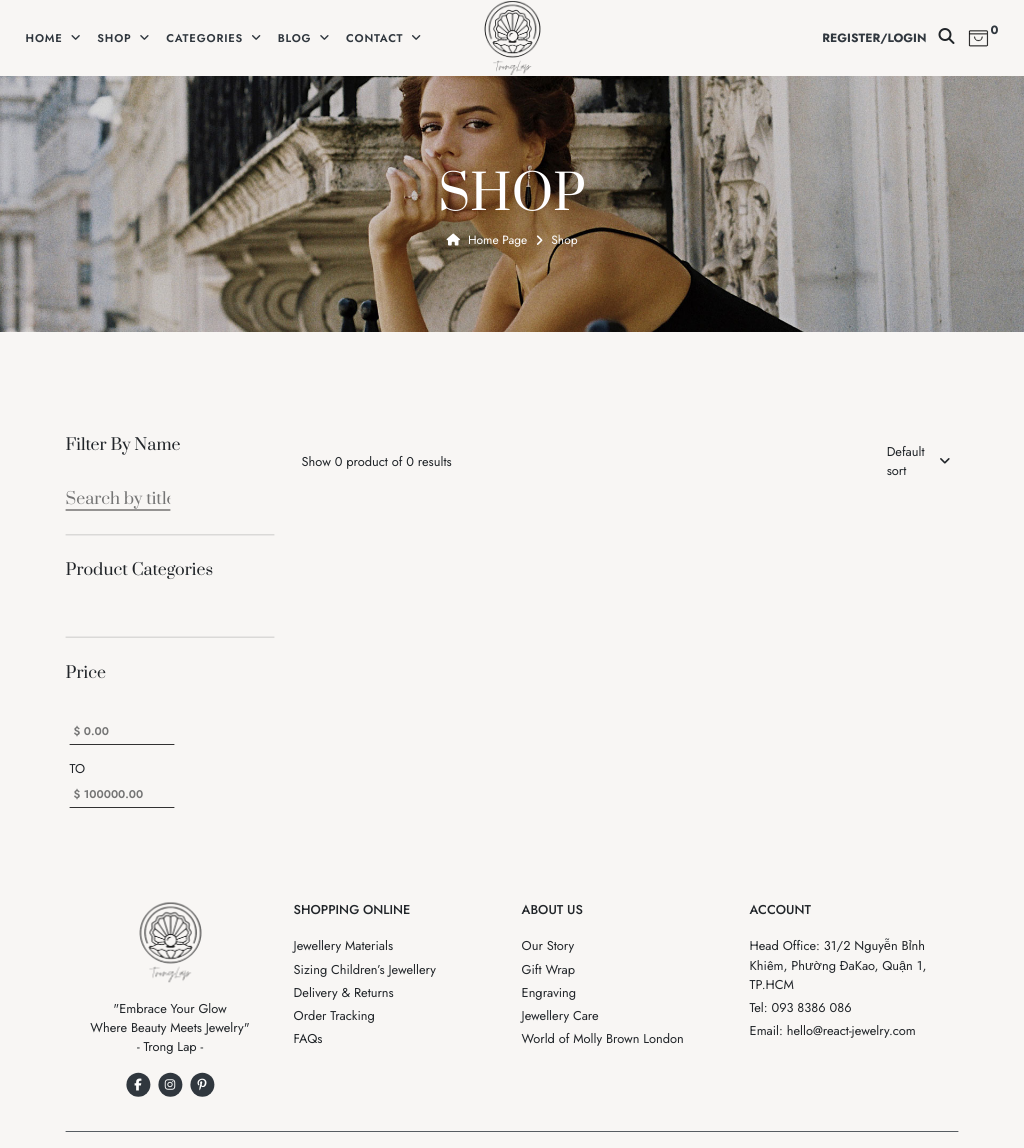
Repository: tronglap/react-jewelry
Page: /list-product
The author's editor kept a copy of each file at every save. The page is drawn from the files as they stood at one save, then again after the next save.
The browser window is 1280 px wide. The pictures show the whole page, at 80% of full size.
The page's requests for data from a server got no answer. The project was rebuilt for these pictures with package versions that can differ from the ones it lists, and the page was loaded fresh each time. No one was signed in, and anything a server would have sent is missing. Also part of the build but not shown: src/component/Button/Button.css, src/component/Button/Button.js, src/component/SliderBar/SliderBar.css, src/component/SliderBar/SliderBar.js, src/component/Home/WWD/WWD.css, src/component/Home/WWD/WWD.js, src/component/Home/Home.css, src/component/Home/Categories/Categories.js and 14 more.

Above is the page before, as saved 2024-03-26 20:30:01.

### src/App.css
@import url('https://fonts.googleapis.com/css2?family=Jost:ital,wght@0,100..900;1,100..900&family=Prata&display=swap');


* {
    margin: 0;
    padding: 0;
    box-sizing: border-box;
}

img {
    width: 100%;
}

a {
    text-decoration: none;
}

ul {
    list-style: none;
    margin: 0;
    padding: 0;
}

body {
    font-family: "Jost", sans-serif;
    --seconddaryfont: "Prata";
    --color-primary: #daa14c;
    --color-secondary: #30373e;
    --color-text: #666;
    --color-accent: #30373e;
    --color-lighter: #888;
    --color-dark: #202020;
    --color-highlight: #ccc;
    --color-border: #e3e3e3;
    --color-background-light: #f8f6f4;
    --color-background-field: #DADADA20;
    background-color: #f8f6f4;
}

### src/component/Footer/Footer.css
.footer {
    margin-top: 10%;
    text-align: left;
    height: 40vh;
    border-bottom: 0.1px solid var(--color-secondary);
    margin-bottom: 20px;
}

.footer .logo {
    margin: 0 auto;
    width: 30%;
}

.footer .slogan {
    text-align: center;
    margin: 20px 0;
}

.footer .social-links {
    display: flex;
    gap: 10px;
    margin-top: 10px;
    justify-content: center;
}

.footer .social-links a {
    display: flex;
    align-items: center;
    justify-content: center;
    color: white;
    background-color: var(--color-secondary);
    border-radius: 50%;
    width: 30px;
    height: 30px;
    font-size: 20px;
    text-align: center;
    transition: 0.3s ease;
}

.footer .social-links a:hover {
    background-color: var(--color-primary);
}

::selection {
    color: white;
    background-color: var(--color-primary);
}

.footer ul {
    margin-top: 25px;
}

.footer ul li {
    margin-bottom: 5px;
    cursor: pointer;
    transition: 0.2s linear;
}

.footer ul li:hover {
    color: var(--color-primary)
}

### src/component/ListProduct/ListProduct.css
.ListProduct .box_product {
    margin-top: 10%;
}

.ListProduct .box_product .FBN,
.ListProduct .box_product .FBN .filterbyname {
    font-size: 20px;
    font-family: 'Prata', sans-serif;
    font-weight: 400;
    line-height: 1.35;
    text-transform: capitalize;
    margin-bottom: 30px;
    padding-bottom: 10px;
}

.ListProduct .box_product .FBN {
    border-bottom: 1px solid rgba(128, 128, 128, 0.5);
    padding-bottom: 30px;
}

.ListProduct .box_product .FBN input {
    border: none;
    background-color: transparent;
    border-bottom: 1px solid black;
    outline: none;
    width: 50%;
}


.ListProduct .box_product .Product_Categories {
    font-size: 20px;
    font-family: 'Prata', sans-serif;
    font-weight: 400;
    line-height: 1.35;
    text-transform: capitalize;
    margin-bottom: 30px;
    padding-bottom: 10px;
}

.ListProduct .box_product .Categories {
    border-bottom: 1px solid rgba(128, 128, 128, 0.5);
    padding-bottom: 30px;
}

.ListProduct .box_product .Categories .diamonds {
    display: flex;
    width: 35%;
    justify-content: space-between;
    font-size: 18px;
    font-weight: 400;
    font-style: normal;
    text-rendering: optimizeLegibility;
    color: var(--color-text);
    line-height: 1.5;
    letter-spacing: 0;
    cursor: pointer;
    transition: 0.2s ease;
}

.ListProduct .box_product .Categories .diamonds:hover {
    color: var(--color-primary)
}

.ListProduct .box_product .FBP .TO {
    margin-top: 5%;
    margin-left: 5px;
}

.ListProduct .box_product .FBP .filterbyprice {
    font-size: 20px;
    font-family: 'Prata', sans-serif;
    font-weight: 400;
    line-height: 1.35;
    text-transform: capitalize;
    margin-bottom: 30px;
    margin-top: 30px;
    padding-bottom: 10px;
}

.ListProduct .box_product .FBP input {
    width: 50%;
    padding: 5px;
    font-size: 14px;
    margin: 5px;
    font-weight: 600;
    text-transform: none;
    border: none;
    border-bottom: 1px solid black;
    outline: none;
    background-color: transparent;
}

input[type=number]::-webkit-inner-spin-button {
    -webkit-appearance: none;
}

.ListProduct .box_product .Cart_list {
    margin-bottom: 20px;
}

.ListProduct .box_product .sorting {
    display: flex;
    justify-content: space-between;
    align-items: center;
}

.ListProduct .box_product .sorting .Count_AP {
    display: flex;
    margin-bottom: 20px;
    padding: 10px;
}

.ListProduct .box_product .sort {
    display: flex;
    align-items: center;
    justify-content: space-between;
    width: 12%;
    margin-bottom: 20px;
    padding: 10px;
    position: relative;
    cursor: pointer;
}

.ListProduct .box_product .sort .sorts {
    background-color: whitesmoke;
    padding: 10px 10px;
    width: 150%;
    opacity: 0;
    visibility: hidden;
    top: 40px;
    left: 0;
    position: absolute;
    z-index: 999;
    transition: 0.3s ease-out;
}

.ListProduct .box_product .sort .sorts.active {
    visibility: visible;
    top: 50px;
    opacity: 1;
}

### src/component/Cart/Cart.css
.Cart .link_header {
    display: flex;
    justify-content: flex-start;
    align-items: center;
}

.Cart .link_header .Home,
.Cart .link_header .Shop {
    line-height: 24px;
    text-decoration: none;
    color: var(--color-text);
    font-weight: 400;
    font-size: 14px;
    transition: 0.2s ease;
}

.Cart .link_header .Shop {
    color: var(--color-primary)
}

.Cart .link_header .Home:hover,
.Cart .link_header .Home:hover i {
    color: var(--color-primary)
}

.Cart .link_header .Home i,
.Cart .link_header .icon i {
    margin-right: 10px;
    color: var(--color-text);
    transition: 0.2s ease;
    font-size: 13px;
}

.Cart .link_header .icon {
    display: flex;
    align-items: center;
    justify-content: center;
    margin: 0 10px;
}

.Cart .cart-product {
    display: none;
    margin-top: 10%;
    text-align: center;
}

.Cart .cart-product.active {
    display: block;
}

.Cart .noti.active {
    display: none;
}

.Cart .cart-product .title {
    color: var(--color-secondary);
    font-weight: 600;
    text-transform: uppercase;
}

.Cart .cart-product .quantity {
    display: flex;
    align-items: center;
    justify-content: space-between;
    border: 1px solid #e3e3e3;

}

.Cart .cart-product .quantity input {
    padding: 13px 0;
    font-size: 14px;
    font-weight: 600;
    text-align: center;
    margin: 0 auto;
    outline: none;
    background-color: transparent;
    border: none;
    width: 50%;
}

.Cart .cart-product .quantity button {
    padding: 5px 10px 5px 10px;
    border: none;
    background-color: transparent;
    transition: 0.5s linear;
    border-radius: 50%;
    outline: none;
}

.Cart .cart-product .quantity button:active {
    background-color: rgba(128, 128, 128, 0.5)
}

p {
    margin: 0;
}

.Cart .cart-product .bill {
    text-align: left;
    padding: 30px 30px 40px;
    position: relative;
    background-color: #F8F6F4;
    border: 6px solid #E3E3E3;
    border-radius: 5px;
    color: var(--color-secondary)
}

.Cart .cart-product .bill .cart-total h2 {
    font-size: 28px;
    font-family: 'Prata', sans-serif;
    margin-bottom: 15px;
    font-weight: 400;
}

.Cart .cart-product .bill .total-product,
.Cart .cart-product .bill .total {
    display: flex;
    justify-content: space-between;
    align-items: center;
    font-size: 18px;
    padding: 1em 0;
}

.Cart .cart-product .bill .total {
    margin: 10% 0
}

.Cart .cart-product .bill .total .price {
    font-size: 24px;
    color: var(--color-primary);
    font-weight: 600;
}

.Cart .cart-product .bill .proceed-to-checkout {
    outline: none;
    text-align: center;
}

.Cart .cart-product .bill .proceed-to-checkout .btn-proceed .shop-now {
    margin: 0;
    text-transform: uppercase;
    width: 100%;
    font-weight: 600;
    font-size: 13px;
}

.Cart .cart-product .bill .proceed-to-checkout .btn-proceed .shop-now:hover {
    box-shadow: inset 350px 0 0 0 var(--color-primary);
}

### src/component/Home/Categories/Categories.css
img {
    width: 100%;
}

.icon_cate {
    display: flex;
    gap: 20px;
    margin: 10% 0;
    justify-content: center;
    align-items: center;
}

.icon_cate .icon1,
.icon_cate .icon2,
.icon_cate .icon3 {
    text-align: center;
}

.icon_cate .icon1 .img_icon,
.icon_cate .icon2 .img_icon,
.icon_cate .icon3 .img_icon {
    display: flex;
    justify-content: center;
    margin-bottom: 15px;
}

.icon_cate .icon1 .img_icon .thumb,
.icon_cate .icon2 .img_icon .thumb,
.icon_cate .icon3 .img_icon .thumb {
    width: 25%;
    border-radius: 50%;
    padding: 20px;
    transition: 0.2s ease;
}

.icon_cate .icon1:hover .img_icon .thumb,
.icon_cate .icon2:hover .img_icon .thumb,
.icon_cate .icon3:hover .img_icon .thumb {
    background: var(--color-primary)
}

.icon_cate .icon1 .title,
.icon_cate .icon2 .title,
.icon_cate .icon3 .title {
    font-size: 24px;
    font-family: 'Prata', sans-serif;
    letter-spacing: .3px;
    color: var(--color-secondary);
    margin-bottom: 15px;
    transition: 0.2s ease;
}

.icon_cate .icon1:hover .title,
.icon_cate .icon2:hover .title,
.icon_cate .icon3:hover .title {
    color: var(--color-primary)
}

.icon_cate .icon1 .desc,
.icon_cate .icon2 .desc,
.icon_cate .icon3 .desc {
    width: 60%;
    margin: 0 auto;
}

.cate {
    overflow: hidden;
}

.cate .right .diamond {
    overflow: hidden;
}

.cate .right {
    display: flex;
    flex-wrap: wrap;
    gap: 5%;
}

.cate .necklaces,
.cate .right .diamond,
.cate .right .earrings,
.cate .right .rings {
    position: relative;
    transition: 0.5s ease;
}

.cate .necklaces::after,
.cate .right .diamond::after,
.cate .right .earrings::after,
.cate .right .rings::after {
    content: "";
    display: block;
    opacity: 0;
    width: 100%;
    height: 200px;
    background: linear-gradient(to top, rgba(0, 0, 0, 0.3), rgba(0, 0, 0, 0));
    bottom: -100px;
    position: absolute;
    transition: 0.5s ease;
    z-index: 0;
}

.cate .necklaces:hover::after,
.cate .right .diamond:hover::after,
.cate .right .earrings:hover::after,
.cate .right .rings:hover::after {
    opacity: 1;
    bottom: 0;
}

.cate .necklaces::before,
.cate .right .diamond::before,
.cate .right .earrings::before,
.cate .right .rings::before {
    content: "";
    opacity: 0;
    width: 100%;
    height: 50px;
    font-family: 'Prata', sans-serif;
    font-size: 35px;
    color: white;
    text-align: center;
    bottom: -50px;
    position: absolute;
    transition: 0.5s ease;
    z-index: 1;
}

.cate .necklaces:hover::before {
    content: "Necklaces";
    opacity: 1;
    bottom: 20px;
}

.cate .right .diamond:hover::before {
    content: "Diamond";
    opacity: 1;
    bottom: 20px;
}

.cate .right .earrings:hover::before {
    content: "Earrings";
    opacity: 1;
    bottom: 20px;
}

.cate .right .rings:hover::before {
    content: "Rings";
    opacity: 1;
    bottom: 20px;
}

### src/component/Header/HeaderMain/Header.css
svg {
    margin-top: 0px;
}

path {
    fill: black;
    stroke: black;
    stroke-width: 2px;
    transition: 0.2s linear;
}

.HeaderMain {
    display: flex;
    justify-content: space-between;
    align-items: center;
    padding: 0 20px;
}

.HeaderMain .left {
    display: flex;
    gap: 20px;
    width: 40%;
}

.HeaderMain .left .Home,
.HeaderMain .left .Shop,
.HeaderMain .left .Categories,
.HeaderMain .left .Blog,
.HeaderMain .left .Contact {
    display: flex;
    justify-content: space-between;
    align-items: center;
    text-transform: uppercase;
    line-height: 1.2857142857;
    font-weight: 600;
    font-size: 14px;
    color: var(--color-secondary);
    letter-spacing: 1px;
    transition: 0.2s ease;
}

.HeaderMain .left .Home:hover,
.HeaderMain .left .Shop:hover,
.HeaderMain .left .Categories:hover,
.HeaderMain .left .Blog:hover,
.HeaderMain .left .Contact:hover {
    color: var(--color-primary);
}


.HeaderMain .left .Home i,
.HeaderMain .left .Shop i,
.HeaderMain .left .Categories i,
.HeaderMain .left .Blog i,
.HeaderMain .left .Contact i {
    margin-left: 10px;
}

.HeaderMain .mid {
    display: flex;
    justify-content: center;
    width: 20%;
}

.HeaderMain .mid .thumb {
    width: 30%;
}

.HeaderMain .right {
    display: flex;
    align-items: center;
    justify-content: right;
    width: 40%;
}

.HeaderMain .right .register a {
    color: var(--color-secondary);
    text-transform: uppercase;
    font-weight: bold;
    font-size: 15px;
    transition: 0.2s linear;
}

.HeaderMain .right .register a:hover {
    color: var(--color-primary)
}

.HeaderMain .right .search {
    transition: 0.2s ease;
}

.HeaderMain .right .search i {
    font-size: 20px;
    margin-left: 15px;
}

.HeaderMain .right .search:hover {
    color: var(--color-primary)
}

.HeaderMain .right .cart {
    display: flex;
    justify-content: center;
    align-items: center;
    margin-left: 15px;
    cursor: pointer;
}


.HeaderMain .right .cart:hover svg path {
    fill: var(--color-primary);
    stroke: var(--color-primary);
    stroke-width: 2px;
}

.HeaderMain .right .cart:hover .count {
    color: var(--color-primary)
}

.HeaderMain .right .cart .count {
    font-weight: bold;
    font-size: 15px;
    margin-bottom: 20px;
    transition: 0.2s linear;
    color: var(--color-secondary)
}

### src/component/ListProduct/Banner/Banner.css
.Banner {
    position: relative;
}

.Banner::after {
    content: "";
    display: block;
    width: 100%;
    height: 100%;
    background-color: rgba(0, 0, 0, 0.5);
}

.Banner .content {
    text-align: center;
    width: 100%;
    top: 50%;
    transform: translateY(-50%);
    position: absolute;
    z-index: 999;

}

.Banner .content .title {
    font-size: 60px;
    font-family: 'Prata', sans-serif;
    color: white;
}

.Banner .content .link_header {
    display: flex;
    justify-content: center;
    align-items: center;
}

.Banner .content .link_header .Home,
.Banner .content .link_header .Shop {
    text-decoration: none;
    color: white;
    font-weight: 400;
    font-size: 15px;
    transition: 0.2s ease;
}

.Banner .content .link_header .Home:hover,
.Banner .content .link_header .Home:hover i {
    color: var(--color-primary)
}

.Banner .content .link_header .Home i,
.Banner .content .link_header .icon {
    margin-right: 10px;
    color: white;
    transition: 0.2s ease
}

.Banner .content .link_header .icon {
    display: flex;
    align-items: center;
    justify-content: center;
    margin: 0 10px;
}

### src/component/CardProduct/CartProduct.css
img {
    width: 100%;
}

.Card_item {
    margin: 0 5px;
    text-align: center;
    position: relative;
    width: 100%;
    text-align: center;
    overflow: hidden;
}

.Card_item .thumb {
    display: block;
    position: relative;
    transition: 0.5s linear;
    overflow: hidden;
    width: 290px;
}

.Card_item .thumb:hover {
    border-radius: 49% 49% 0 0;
}

.Card_item .thumb img {
    transition: 0.5s ease;
    position: relative;
}

.Card_item .thumb img:first-child {
    opacity: 1;
    transition: 0.3s linear;

}

.Card_item .thumb:hover img:first-child {
    opacity: 0;
}

.Card_item .thumb img:last-child {
    opacity: 0;
    position: absolute;
    top: 0;
    left: 0;
    transition: 0.3s linear;
}

.Card_item .thumb:hover img:last-child {
    opacity: 1;
    display: block;
    transform: scale(1.2);
}

.Card_item .sale {
    display: none;
    width: 50px;
    height: 20px;
    color: white;
    padding: 2.5px 10px;
    font-weight: bold;
    font-size: 10px;
    top: 10px;
    left: 10px;
    background-color: var(--color-primary);
    position: absolute;
    transition: 0.2s linear;
    z-index: 999;
}

.Card_item .sale.active {
    display: block;
}

.Card_item:hover .sale.active {
    display: none;
}

.Card_item .info {
    margin-top: 10px;
}

.Card_item .info .cate {
    color: var(--color-primary);
    text-transform: uppercase;
    font-size: 12px;
    font-weight: 500;
    line-height: 1.35;
}

.Card_item .info .name {
    font-size: 20px;
    color: var(--color-secondary);
    text-transform: capitalize;
    transition: 0.2s ease;
}

.Card_item .info .name:hover {
    color: var(--color-primary)
}

.Card_item .info .material {
    color: var(--color-text);
    text-transform: capitalize;
    font-size: 14px
}

.Card_item .info .price .discount {
    font-weight: 700;
    color: var(--color-secondary)
}

.Card_item .info .price .cost {
    color: var(--color-secondary);
    font-weight: 500;
    text-decoration: line-through;
    font-size: 14px;
}

.Card_item .info .price .discount.active {
    display: none;
}

.Card_item .info .price .cost.active {
    font-weight: 700;
    color: var(--color-secondary);
    text-decoration: none;
    font-size: 16px;
}

### src/component/CardNews/CardNews.css
img {
    width: 100%;
}

.Card_news {
    width: 90%;
    margin: 0 auto;
    cursor: pointer;
}

.Card_news .thumb {
    margin-bottom: 3%;
    overflow: hidden;
}

.Card_news .thumb img {
    transition: 0.3s linear;
}

.Card_news .thumb:hover img {
    transform: scale(1.1);
}

.Card_news .infor {
    text-align: center;
}

.Card_news .infor .date p {
    font-size: 14px;
    text-transform: capitalize;
    color: var(--color-lighter);
    transition: 0.5s ease
}

.Card_news .infor .date p:hover {
    color: var(--color-primary)
}

.Card_news .infor .title h4 {
    display: -webkit-box;
    -webkit-box-orient: vertical;
    -webkit-line-clamp: 1;
    overflow: hidden;
    transition: 0.3s ease;
}

.Card_news .infor .title h4:hover {
    color: var(--color-primary)
}

.Card_news .infor .content p {
    display: -webkit-box;
    -webkit-box-orient: vertical;
    -webkit-line-clamp: 3;
    overflow: hidden;
    color: var(--color-text)
}

.Card_news .infor .view {
    color: var(--color-dark);
    font-weight: bold;
    font-size: 13px;
    font-weight: 600;
    line-height: 1.3;
    text-transform: uppercase;
    transition: 0.3s linear;
    margin-top: 12%;
}

.Card_news .infor .view:hover {
    color: var(--color-primary)
}

@keyframes zoom_news {
    0% {
        transform: scale(1);
    }

    100% {
        transform: scale(1.1);
    }
}

Loaded but not shown: public/index.html (common file); src/index.js (common file); src/index.css (common file); src/reportWebVitals.js (common file); src/component/ListProduct/ListProduct.js (188 lines, source omitted); src/component/Header/HeaderMain/Header.js (74 lines, source omitted); src/component/Footer/Footer.js (69 lines, source omitted); src/App.js (36 lines, source omitted); src/UseContext.js (36 lines, source omitted); src/component/ListProduct/Banner/Banner.js (31 lines, source omitted); src/UseFetch.js (26 lines, source omitted); src/component/AutoTop/AutoTop.js (15 lines, source omitted); src/component/Header/Header.css (289 lines, source omitted)

After the next save:
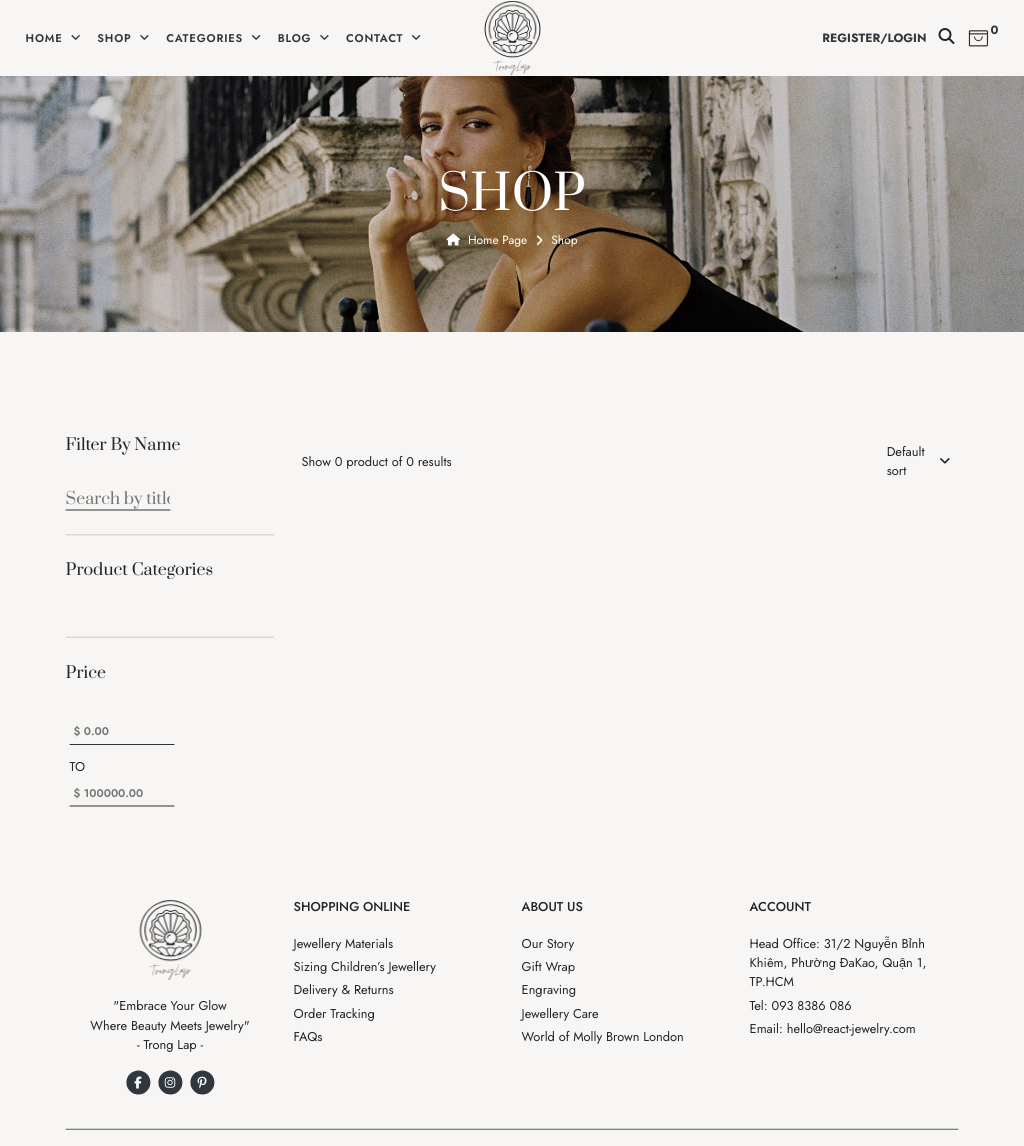
Saved 10 s later.
--- a/src/component/ListProduct/ListProduct.css
+++ b/src/component/ListProduct/ListProduct.css
@@ -62,7 +62,7 @@
 }
 
 .ListProduct .box_product .FBP .TO {
-    margin-top: 5%;
+    margin-top: 4%;
     margin-left: 5px;
 }
 
